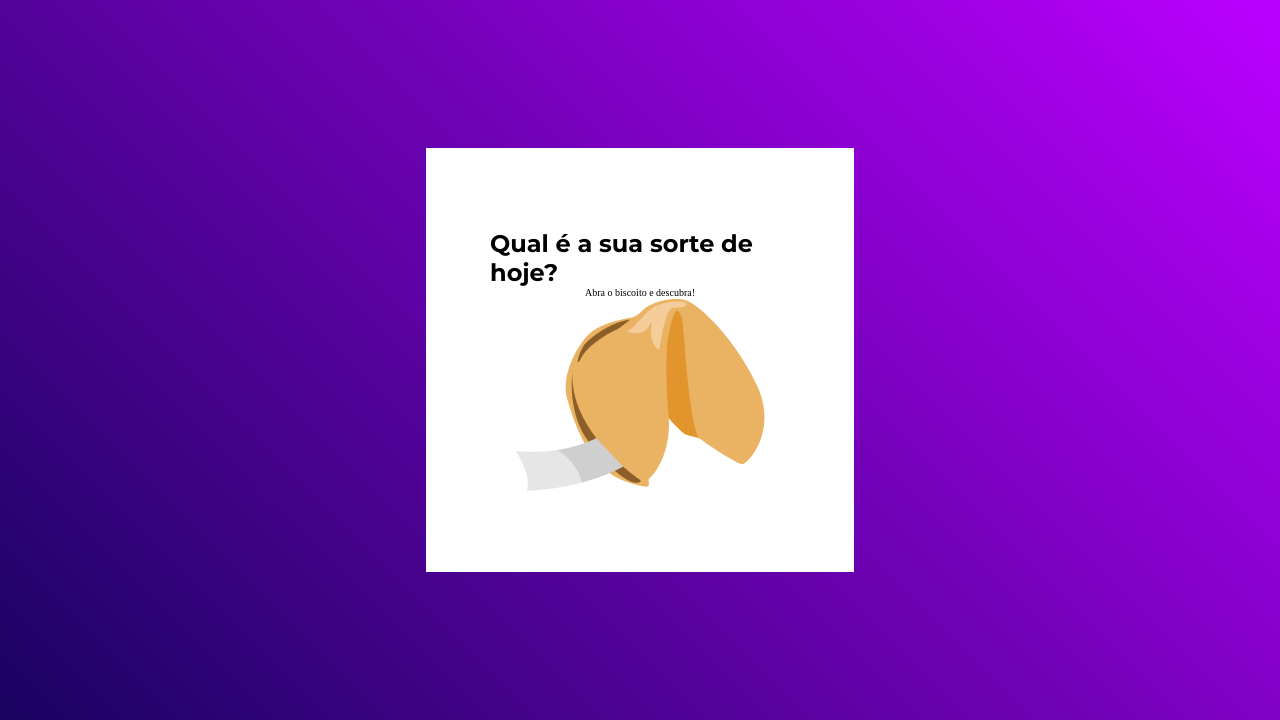
Repository: caueenrico/cookieCoach
Page: index.html
The author's editor kept a copy of each file at every save. The page is drawn from the files as they stood at one save, then again after the next save.
The browser window is 1280 px wide. The pictures show the whole page.

Above is the page before, as saved 2023-06-27 16:08:27.

### index.html
<!DOCTYPE html>
<html lang="en">
  <head>
    <meta charset="UTF-8" />
    <meta name="viewport" content="width=device-width, initial-scale=1.0" />
    <link rel="preconnect" href="https://fonts.googleapis.com" />
    <link rel="preconnect" href="https://fonts.gstatic.com" crossorigin />
    <link
      href="https://fonts.googleapis.com/css2?family=DM+Sans&family=Dancing+Script&family=Montserrat:wght@700&display=swap"
      rel="stylesheet"
    />
    <link rel="stylesheet" href="style.css" />
    <title>biscoito da sorte</title>
  </head>
  <body>
    <main>
      <h1>Qual é a sua sorte de hoje?</h1>
      <p>Abra o biscoito e descubra!</p>
      <img src="/biscoitoClose.png" alt="">
    </main>
  </body>
</html>

### style.css
*{
  margin: 0;
  padding: 0;
  box-sizing: border-box;
}

:root{
  font-size: 62.5%;

  --fs-heading: 2.4rem;
  --ff-heading: 'Montserrat', sans-serif;

  --fs-subt: 1.5rem;
  --ff-subt: 'DM Sans',sans-serif;
}

body{
  height: 100vh;
  width: 100vw;
  display: flex;
  flex-direction: column;
  justify-content: center;


  background: linear-gradient(45deg, #190361 0%, #B0F 100%);}

main {
  margin: 0 auto;

  display: flex;
  flex-direction: column;
  align-items: center;
  justify-content: center;


  padding: 4.8rem 6.4rem;
  background-color: #fff;
  max-width: 42.8rem;
  min-height: 42.4rem;
}

main h1 {
  font-family: var(--ff-heading);
  font-size: var(--fs-heading);

  color: color: #34355B;
;
}

After the next save:
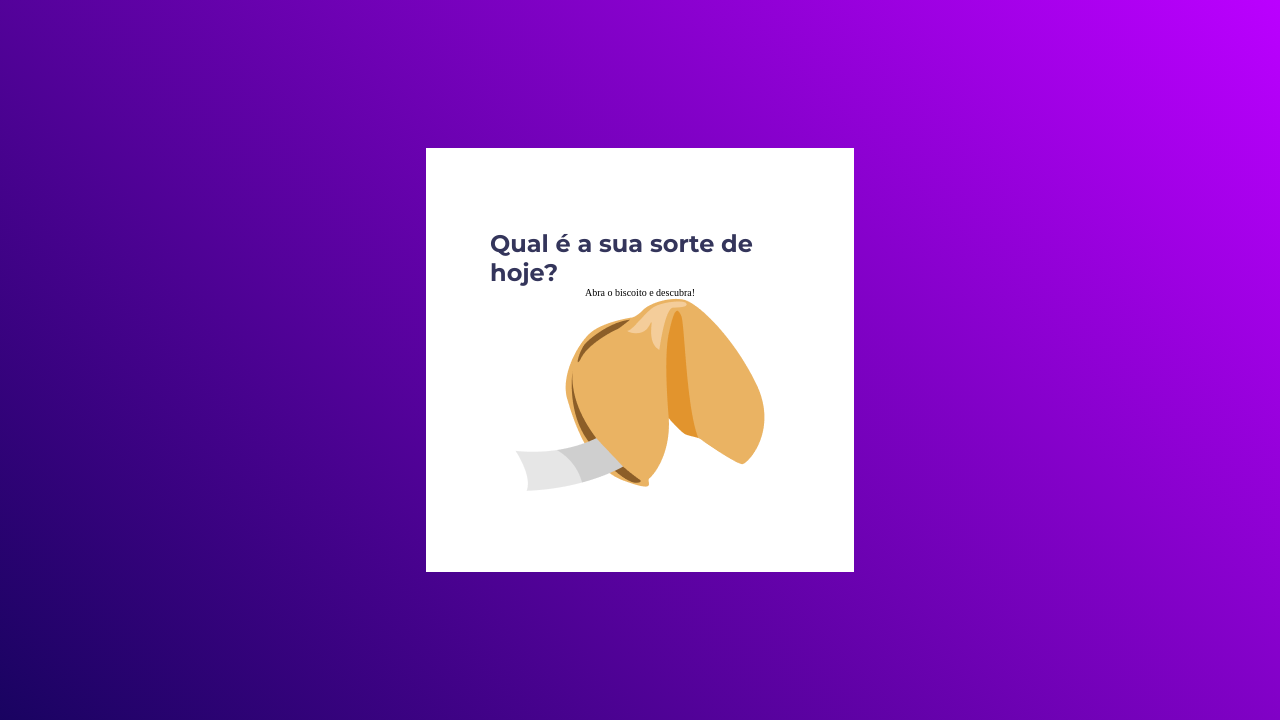
Saved 4 s later.
--- a/style.css
+++ b/style.css
@@ -43,6 +43,7 @@ main h1 {
   font-family: var(--ff-heading);
   font-size: var(--fs-heading);
 
-  color: color: #34355B;
+
+   color: #34355B;
 ;
 }
